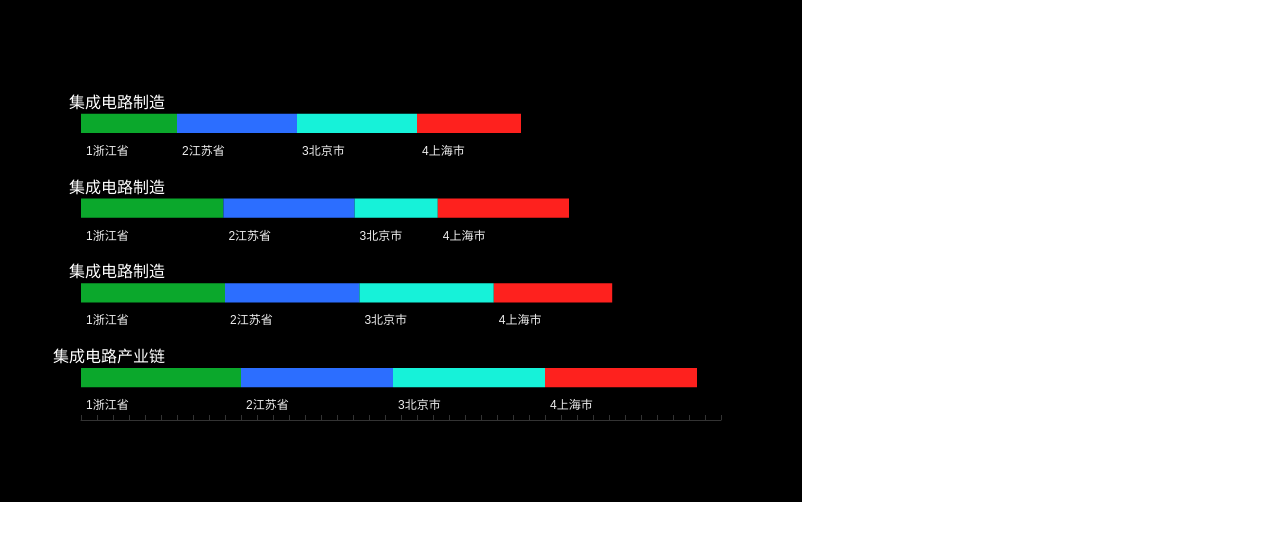
Repository: 572031690/echartproj
Page: /#/test
An editor plug-in stored every save of this project. The page is shown before and after the next save, followed by the edit.
The browser window is 1280 px wide. The pictures show the whole page.
The project was rebuilt for these pictures with package versions that can differ from the ones it lists, and the page was loaded fresh each time. Also part of the build but not shown: vue.config.js, src/components/Seller.vue, src/views/SellerPage.vue, src/utils/theme_utils.js, src/components/Trend.vue, src/views/TrendPage.vue, src/utils/map_utils.js, src/components/Map.vue and 9 more.

Above is the page before, as saved 2021-08-03 12:44:15.

### public/index.html
<!DOCTYPE html>
<html lang="en">
  <head>
    <meta charset="utf-8">
    <meta http-equiv="X-UA-Compatible" content="IE=edge">
    <meta name="viewport" content="width=device-width,initial-scale=1.0">
    <link rel="icon" href="<%= BASE_URL %>favicon.ico">
    <title><%= htmlWebpackPlugin.options.title %></title>
  </head>
  <body>
    <noscript>
      <strong>We're sorry but <%= htmlWebpackPlugin.options.title %> doesn't work properly without JavaScript enabled. Please enable it to continue.</strong>
    </noscript>
    <div id="app"></div>
    <!-- built files will be auto injected -->
    <!-- 一旦通过script标签引入的echarts.js的文件之后呢, window.echarts -->
    <script src="static/lib/echarts.min.js"></script>
    <!-- 引入主题的js文件 -->
    <script src="static/theme/chalk.js"></script>
    <script src="static/theme/vintage.js"></script>
  </body>
</html>

### src/main.js
import Vue from 'vue'
import App from './App.vue'
import router from './router'
import store from './store'
// 引入字体的文件
import './assets/font/iconfont.css'
// 引入全局的样式文件
import './assets/css/global.less'
import axios from 'axios'
import SocketService from './utils/socket_service'

// 调用socket **********
// import SocketService from '@/utils/socket_service'
// 对服务端进行webSocket连接 *********
// SocketService.Instance.connect()
// Vue.prototype.$socket = SocketService.Instance

// 请求基准路径的配置
axios.defaults.baseURL = 'http://127.0.0.1:8888/api/'
// 将axios挂载到Vue的原型对象上
// 在别的组件中 this.$http
Vue.prototype.$http = axios

// 将全局的echarts对象挂载到Vue的原型对象上
// 别的组件中 this.$echarts
Vue.prototype.$echarts = window.echarts

Vue.config.productionTip = false

new Vue({
  router,
  store,
  render: h => h(App)
}).$mount('#app')

### src/App.vue
<template>
  <div id="app">
    <!-- 路由占位符 -->
    <router-view></router-view>
  </div>
</template>

<style lang="less">

</style>

### src/router/index.js
import Vue from 'vue'
import VueRouter from 'vue-router'
import SellerPage from '@/views/SellerPage'
import TrendPage from '@/views/TrendPage'
import MapPage from '@/views/MapPage'
import RankPage from '@/views/RankPage'
import HotPage from '@/views/HotPage'
import StockPage from '@/views/StockPage'
import Test from '../components/Test.vue'
import ScreenPage from '@/views/ScreenPage'

Vue.use(VueRouter)

const routes = [
  {
    path: '/',
    redirect: '/screen'
  },
  {
    path: '/screen',
    component: ScreenPage
  },
  {
    path: '/sellerpage',
    component: SellerPage
  },
  {
    path: '/trendpage',
    component: TrendPage
  },
  {
    path: '/mappage',
    component: MapPage
  },
  {
    path: '/rankpage',
    component: RankPage
  },
  {
    path: '/hotpage',
    component: HotPage
  },
  {
    path: '/stockpage',
    component: StockPage
  },
  {
    path: '/test',
    component: Test
  }

]

const router = new VueRouter({
  routes
})

export default router

### src/store/index.js
import Vue from 'vue'
import Vuex from 'vuex'

Vue.use(Vuex)

export default new Vuex.Store({
  state: {
    theme: 'chalk'
  },
  mutations: {
    changeTheme (state) {
      if(state.theme === 'chalk'){
        state.theme = 'vintage'
      }else{
        state.theme = 'chalk'
      }
    }
  },
  actions: {
  },
  modules: {
  }
})

### src/assets/css/global.less
html, body, #app {
  width: 100%;
  height: 100%;
  padding: 0;
  margin: 0;
  overflow: hidden;
}

.com-page {
  width: 100%;
  height: 100%;
  overflow: hidden;
}

.com-container {
  width: 100%;
  height: 100%;
  overflow: hidden;
  position: relative;
}

.com-chart {
  width: 100%;
  height: 100%;
  overflow: hidden;
}

canvas {
  border-radius: 20px;
}

/*无法选中图片文字方法*/
span,div,img{
  user-select:none;
}

### src/utils/socket_service.js
export default class SocketService {
    // 单例的设计模式
    //如果别人通过get Instance 来的到我的实例对象 那我只会给他返回同一个实例对象
    static instance = null
    static get Instance() {
        if (!this.instance) {
            this.instance = new SocketService()
        }
        return this.instance
    }

    //和服务端连接的socket对象
    ws = null
    //存储回调函数
    callBackMapping = {}
    //定义连接服务器的方法
    connect() {
        //连接服务器
        if (!window.WebSocket) {
            return console.log('你的浏览器不支持WebSocket');
        }
        this.ws = new WebSocket('ws://localhost:9998')

        //连接服务端成功
        this.ws.onopen = () => {
            console.log('连接服务端成功');
        }
        //连接服务端失败
        this.ws.onclose = () => {
            console.log('连接服务端失败');
        }
        //得到服务端发送过来的数据
        this.ws.onmessage = msg => {
            console.log('从服务端获取数据');
            //得到的数据在msg的data里面
            // console.log(msg.data);
            const recvData = JSON.parse(msg.data)
            const socketType = recvData.socketType
            //判断回调函数是否存在
            if(this.callBackMapping[socketType]){
                const action = recvData.action
                if(action === 'getData') {
                    const realData = JSON.parse(recvData.data)
                    this.callBackMapping[socketType]
                }else if( action === 'fullScreen') {

                }else if(action === 'themeChange') {

                }
            }
        }
    }
    //回调函数的注册
    registerCallBack(socketType, callBack) {
        this.callBackMapping[socketType] = callBack
    }
    //取消某一个回调函数
    unRegisterCallBack(socketType) {
        this.callBackMapping[socketType] = null
    }

}

### src/components/Test.vue
<template>
  <div class="line-chart" ref="mybar">
    123
  </div>
</template>

<script>
export default {
  mounted() {
    this.getData()
    this.initChart()
  },
  data() {
    return {
      chartInstance: null,
      seriesData: [100, 120, 140, 90, 90, 80],
      barChart: {
        xAxisData: ['类别1', '类别2', '类别3', '类别4'],
        dataList: []
      },

      chartData1: [
        { rank: 1, name: '浙江省', value: 100 },
        { rank: 1, name: '江苏省', value: 90 },
        { rank: 1, name: '北京市', value: 89 },
        { rank: 1, name: '上海市', value: 60 }
      ],
      chartData2: [
        { rank: 2, name: '浙江省', value: 95 },
        { rank: 2, name: '江苏省', value: 84 },
        { rank: 2, name: '北京市', value: 82 },
        { rank: 2, name: '上海市', value: 75 }

      ],
      chartData3: [
        { rank: 3, name: '浙江省', value: 95 },
        { rank: 3, name: '江苏省', value: 84 },
        { rank: 3, name: '北京市', value: 52 },
        { rank: 3, name: '上海市', value: 75 }

      ],
      chartData4: [
        { rank: 4, name: '浙江省', value: 95 },
        { rank: 4, name: '江苏省', value: 74 },
        { rank: 4, name: '北京市', value: 82 },
        { rank: 4, name: '上海市', value: 65 }

      ],
      chartData5: [
        { rank: 5, name: '浙江省', value: 85.5 },
        { rank: 5, name: '江苏省', value: 44 },
        { rank: 5, name: '北京市', value: 72 },
        { rank: 5, name: '上海市', value: 75 }

      ],
      yAxisData: ['集成电路产业链', '集成电路制造', '集成电路制造', '集成电路制造']
    }
  },
  methods: {
    initChart() {
      const colorArr1 = [
        'rgba(11, 168, 44)',
        'rgba(44, 110, 255)',
        'rgba(22, 242, 217)',
        'rgba(254, 33, 30)',
        'rgba(250, 105, 0)'
      ]
      const ChartsData = [
        {
          name: '第一列',
          data: this.chartData1
        },
        {
          name: '第一列',
          data: this.chartData2
        },
        {
          name: '第一列',
          data: this.chartData3
        },
        {
          name: '第一列',
          data: this.chartData4
        },
        {
          name: '第一列',
          data: this.chartData5
        }
      ]
      var serises = ChartsData.map((item, index) => {
        if (item.data[index]) {
          return {
            name: item.data[index].name,
            stack: '类1',
            barWidth: '23%', // 宽度
            itemStyle: {
              color: arg => {
                return colorArr1[arg.componentIndex]
              },
              emphasis: { // 鼠标悬浮后的样式变化
                borderWidth: 5,
                borderType: 'solid',
                color: colorArr1[index],
                borderColor: colorArr1[index]
              }
            },
            data: [item.data[0].value, item.data[1].value, item.data[2].value, item.data[3].value],
            type: 'bar',
            label: {
              show: true,
              position: [5, 32],
              textStyle: {
                color: '#eee',
                fontSize: 12
              },
              formatter: arg => {
                return arg.seriesIndex + 1 + '' + item.data[index].name
              }
            }
          }
        }
      })
      // console.log(serises)
      const chartInstance = this.$echarts.init(this.$refs.mybar)
      const option = {
        tooltip: { // 设置鼠标悬浮提示框
          formatter: arg => {
            console.log(arg, '1111111111')
            return arg.seriesName + ' ' + arg.value
          },
          backgroundColor: '#343c55',
          borderColor: '#3c455a'
        },
        grid: [
          {
            top: 80,
            bottom: 81
          }
        ],
        xAxis: [
          {
            type: 'value',
            // gridIndex: 0,
            axisLabel: {
              // 刻度标签文字
              show: false
            },
            splitLine: {
              show: false
              // x轴横线

            },
            axisLine: {
              // 设置轴线
              show: true
            },
            axisTick: {
              show: true, // 是否显示坐标轴刻度。
              inside: true, // 让坐标轴刻度朝内 默认是false朝外
              length: 5 // 坐标轴刻度线的长度。
            },
            interval: 10 // 强制设置坐标轴刻度间隔值
          }
        ],
        yAxis: [
          {
            type: 'category',
            data: this.yAxisData,
            // gridIndex: 0, // x 轴所在的 grid 的索引，默认位于第一个 grid。
            axisLabel: {
              color: '#fff', // 刻度标签文字的颜色
              padding: [0, 0, 40, 0],
              textStyle: {
                fontSize: 16
              }
            },
            offset: -92, // 设置x轴的偏移 -92是向上 但是得配合onZero: false,使用 不然负数不会生效
            axisLine: {
              onZero: false,
              // 设置轴线
              show: false
            },
            axisTick: {
              show: false // 是否显示坐标轴刻度。
            }
          }
        ],
        series: serises
      }
      chartInstance.setOption(option)
    },
    getData() {
      let sum = 0
      this.seriesData.forEach(item => (sum += item))
      const aver = sum / this.seriesData.length
      // console.log(aver)
      this.barChart.dataList[0] = this.seriesData.map(item => {
        if (item > aver) return item - aver
        else return 0
      })
      this.barChart.dataList[1] = this.seriesData.map(item => {
        if (item > aver) return aver
        else return item
      })
      // console.log(this.barChart.dataList)
    }
  }
}
</script>

<style>
.line-chart {
  width: 800px;
  height: 500px;
  border: 1px solid black;
  background: #000;
}
</style>

### public/static/theme/vintage.js
(function (root, factory) {
    if (typeof define === 'function' && define.amd) {
        // AMD. Register as an anonymous module.
        define(['exports', 'echarts'], factory);
    } else if (typeof exports === 'object' && typeof exports.nodeName !== 'string') {
        // CommonJS
        factory(exports, require('echarts'));
    } else {
        // Browser globals
        factory({}, root.echarts);
    }
}(this, function (exports, echarts) {
    var log = function (msg) {
        if (typeof console !== 'undefined') {
            console && console.error && console.error(msg);
        }
    };
    if (!echarts) {
        log('ECharts is not Loaded');
        return;
    }
    echarts.registerTheme('vintage', {
        "color": [
            '#0ba82c',
            '#2c6eff',
            '#16f2d9',
            '#fe211e',
            '#fa6900',
            "#eedd78",
            "#73a373",
            "#73b9bc",
            "#7289ab",
            "#91ca8c",
            "#f49f42"
        ],
        "backgroundColor": "#ffffff",
        "textStyle": {},
        "title": {
            "textStyle": {
                "color": "#333333"
            },
            "subtextStyle": {
                "color": "#aaa"
            }
        },
        "line": {
            "itemStyle": {
                "normal": {
                    "borderWidth": "4"
                }
            },
            "lineStyle": {
                "normal": {
                    "width": "3"
                }
            },
            "symbolSize": "0",
            "symbol": "circle",
            "smooth": true
        },
        "radar": {
            "itemStyle": {
                "normal": {
                    "borderWidth": 1
                }
            },
            "lineStyle": {
                "normal": {
                    "width": 2
                }
            },
            "symbolSize": 4,
            "symbol": "emptyCircle",
            "smooth": false
        },
        "bar": {
            "itemStyle": {
                "normal": {
                    "barBorderWidth": 0,
                    "barBorderColor": "#ccc"
                },
                "emphasis": {
                    "barBorderWidth": 0,
                    "barBorderColor": "#ccc"
                }
            }
        },
        "pie": {
            "itemStyle": {
                "normal": {
                    "borderWidth": 0,
                    "borderColor": "#ccc"
                },
                "emphasis": {
                    "borderWidth": 0,
                    "borderColor": "#ccc"
                }
            }
        },
        "scatter": {
            "itemStyle": {
                "normal": {
                    "borderWidth": 0,
                    "borderColor": "#ccc"
                },
                "emphasis": {
                    "borderWidth": 0,
                    "borderColor": "#ccc"
                }
            }
        },
        "boxplot": {
            "itemStyle": {
                "normal": {
                    "borderWidth": 0,
                    "borderColor": "#ccc"
                },
                "emphasis": {
                    "borderWidth": 0,
                    "borderColor": "#ccc"
                }
            }
        },
        "parallel": {
            "itemStyle": {
                "normal": {
                    "borderWidth": 0,
                    "borderColor": "#ccc"
                },
                "emphasis": {
                    "borderWidth": 0,
                    "borderColor": "#ccc"
                }
            }
        },
        "sankey": {
            "itemStyle": {
                "normal": {
                    "borderWidth": 0,
                    "borderColor": "#ccc"
                },
                "emphasis": {
                    "borderWidth": 0,
                    "borderColor": "#ccc"
                }
            }
        },
        "funnel": {
            "itemStyle": {
                "normal": {
                    "borderWidth": 0,
                    "borderColor": "#ccc"
                },
                "emphasis": {
                    "borderWidth": 0,
                    "borderColor": "#ccc"
                }
            }
        },
        "gauge": {
            "itemStyle": {
                "normal": {
                    "borderWidth": 0,
                    "borderColor": "#ccc"
                },
                "emphasis": {
                    "borderWidth": 0,
                    "borderColor": "#ccc"
                }
            }
        },
        "candlestick": {
            "itemStyle": {
                "normal": {
                    "color": "#c23531",
                    "color0": "#314656",
                    "borderColor": "#c23531",
                    "borderColor0": "#314656",
                    "borderWidth": 1
                }
            }
        },
        "graph": {
            "itemStyle": {
                "normal": {
                    "borderWidth": 0,
                    "borderColor": "#ccc"
                }
            },
            "lineStyle": {
                "normal": {
                    "width": 1,
                    "color": "#aaa"
                }
            },
            "symbolSize": 4,
            "symbol": "emptyCircle",
            "smooth": false,
            "color": [
                "#d87c7c",
                "#919e8b",
                "#d7ab82",
                "#6e7074",
                "#61a0a8",
                "#efa18d",
                "#787464",
                "#cc7e63",
                "#724e58",
                "#4b565b"
            ],
            "label": {
                "normal": {
                    "textStyle": {
                        "color": "#eee"
                    }
                }
            }
        },
        "map": {
            "itemStyle": {
                "normal": {
                    "areaColor": "#eeeeee",
                    "borderColor": "#444444",
                    "borderWidth": 0.5
                },
                "emphasis": {
                    "areaColor": "rgba(255,215,0,0.8)",
                    "borderColor": "#444444",
                    "borderWidth": 1
                }
            },
            "label": {
                "normal": {
                    "textStyle": {
                        "color": "#000000"
                    }
                },
                "emphasis": {
                    "textStyle": {
                        "color": "rgb(100,0,0)"
                    }
                }
            }
        },
        "geo": {
            "itemStyle": {
                "normal": {
                    "areaColor": "#eeeeee",
                    "borderColor": "#444444",
                    "borderWidth": 0.5
                },
                "emphasis": {
                    "areaColor": "rgba(255,215,0,0.8)",
                    "borderColor": "#444444",
                    "borderWidth": 1
                }
            },
            "label": {
                "normal": {
                    "textStyle": {
                        "color": "#000000"
                    }
                },
                "emphasis": {
                    "textStyle": {
                        "color": "rgb(100,0,0)"
                    }
                }
            }
        },
        "categoryAxis": {
            "axisLine": {
                "show": true,
                "lineStyle": {
                    "color": "#333"
                }
            },
            "axisTick": {
                "show": true,
                "lineStyle": {
                    "color": "#333"
                }
            },
            "axisLabel": {
                "show": true,
                "textStyle": {
                    "color": "#999"
                }
            },
            "splitLine": {
                "show": false,
                "lineStyle": {
                    "color": [
                        "#ccc"
                    ]
                }
            },
            "splitArea": {
                "show": false,
                "areaStyle": {
                    "color": [
                        "rgba(250,250,250,0.3)",
                        "rgba(200,200,200,0.3)"
                    ]
                }
            }
        },
        "valueAxis": {
            "axisLine": {
                "show": true,
                "lineStyle": {
                    "color": "#666666"
                }
            },
            "axisTick": {
                "show": false,
                "lineStyle": {
                    "color": "#333"
                }
            },
            "axisLabel": {
                "show": true,
                "textStyle": {
                    "color": "#aaaaaa"
                }
            },
            "splitLine": {
                "show": false,
                "lineStyle": {
                    "color": [
                        "#e6e6e6"
                    ]
                }
            },
            "splitArea": {
                "show": false,
                "areaStyle": {
                    "color": [
                        "rgba(250,250,250,0.05)",
                        "rgba(200,200,200,0.02)"
                    ]
                }
            }
        },
        "logAxis": {
            "axisLine": {
                "show": true,
                "lineStyle": {
                    "color": "#333"
                }
            },
            "axisTick": {
                "show": true,
                "lineStyle": {
                    "color": "#333"
                }
            },
            "axisLabel": {
                "show": true,
                "textStyle": {
                    "color": "#333"
                }
            },
            "splitLine": {
                "show": true,
                "lineStyle": {
                    "color": [
                        "#ccc"
                    ]
                }
            },
            "splitArea": {
                "show": false,
                "areaStyle": {
                    "color": [
                        "rgba(250,250,250,0.3)",
                        "rgba(200,200,200,0.3)"
                    ]
                }
            }
        },
        "timeAxis": {
            "axisLine": {
                "show": true,
                "lineStyle": {
                    "color": "#333"
                }
            },
            "axisTick": {
                "show": true,
                "lineStyle": {
                    "color": "#333"
                }
            },
            "axisLabel": {
                "show": true,
                "textStyle": {
                    "color": "#333"
                }
            },
            "splitLine": {
                "show": true,
                "lineStyle": {
                    "color": [
                        "#ccc"
                    ]
                }
            },
            "splitArea": {
                "show": false,
                "areaStyle": {
                    "color": [
                        "rgba(250,250,250,0.3)",
                        "rgba(200,200,200,0.3)"
                    ]
                }
            }
        },
        "toolbox": {
            "iconStyle": {
                "normal": {
                    "borderColor": "#999999"
                },
                "emphasis": {
                    "borderColor": "#666666"
                }
            }
        },
        "legend": {
            "textStyle": {
                "color": "#333333"
            }
        },
        "tooltip": {
            "axisPointer": {
                "lineStyle": {
                    "color": "#cccccc",
                    "width": 1
                },
                "crossStyle": {
                    "color": "#cccccc",
                    "width": 1
                }
            }
        },
        "timeline": {
            "lineStyle": {
                "color": "#293c55",
                "width": 1
            },
            "itemStyle": {
                "normal": {
                    "color": "#293c55",
                    "borderWidth": 1
                },
                "emphasis": {
                    "color": "#a9334c"
                }
            },
            "controlStyle": {
                "normal": {
                    "color": "#293c55",
                    "borderColor": "#293c55",
                    "borderWidth": 0.5
                },
                "emphasis": {
                    "color": "#293c55",
                    "borderColor": "#293c55",
                    "borderWidth": 0.5
                }
            },
            "checkpointStyle": {
                "color": "#e43c59",
                "borderColor": "rgba(194,53,49,0.5)"
            },
            "label": {
                "normal": {
                    "textStyle": {
                        "color": "#293c55"
                    }
                },
                "emphasis": {
                    "textStyle": {
                        "color": "#293c55"
                    }
                }
            }
        },
        "visualMap": {
            "color": [
                "#bf444c",
                "#d88273",
                "#f6efa6"
            ]
        },
        "dataZoom": {
            "backgroundColor": "rgba(47,69,84,0)",
            "dataBackgroundColor": "rgba(47,69,84,0.3)",
            "fillerColor": "rgba(167,183,204,0.4)",
            "handleColor": "#a7b7cc",
            "handleSize": "100%",
            "textStyle": {
                "color": "#333333"
            }
        },
        "markPoint": {
            "label": {
                "normal": {
                    "textStyle": {
                        "color": "#eee"
                    }
                },
                "emphasis": {
                    "textStyle": {
                        "color": "#eee"
                    }
                }
            }
        }
    });
}));

Loaded but not shown: src/assets/font/iconfont.css (common file); public/static/lib/echarts.min.js (library); public/static/theme/chalk.js (521 lines, source omitted)

After the next save:
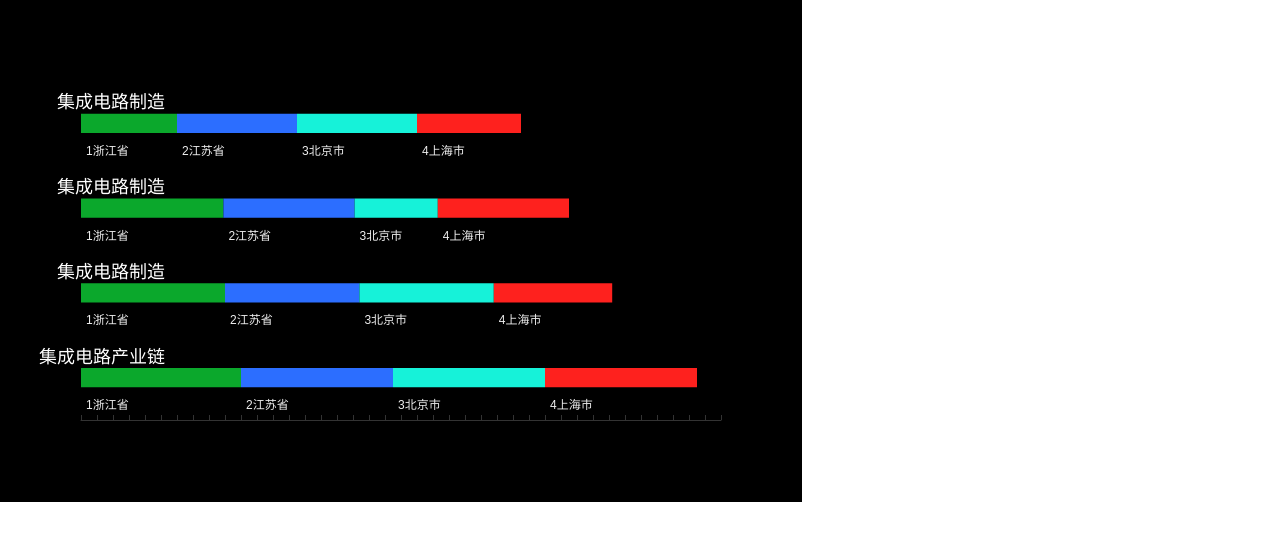
Saved 4 s later.
--- a/src/components/Test.vue
+++ b/src/components/Test.vue
@@ -171,7 +171,7 @@ export default {
               color: '#fff', // 刻度标签文字的颜色
               padding: [0, 0, 40, 0],
               textStyle: {
-                fontSize: 16
+                fontSize: 18
               }
             },
             offset: -92, // 设置x轴的偏移 -92是向上 但是得配合onZero: false,使用 不然负数不会生效
